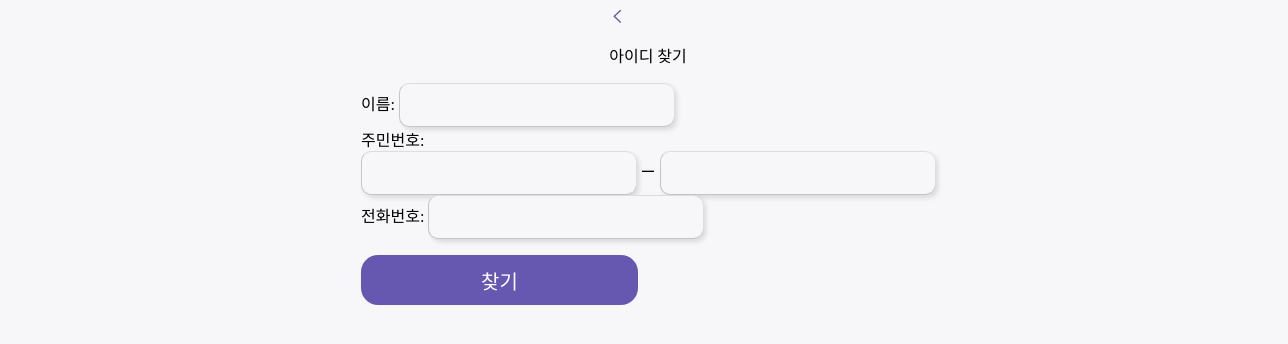
Repository: PEPI-dev/UI
Page: find_id_pw/findId.html
These files come from the project's save history. The page is drawn as it stood at one moment and after the next save; the edit follows.
The browser window is 1280 px wide. The page is 1288 px wide, so the pictures cover 1288 px, including what lies to the right of the window. The pictures show the whole page.
Some web fonts or font styles are not loaded; a fallback is used.

Above is the page before, as saved 2023-12-05 16:15:34.

After the next save:
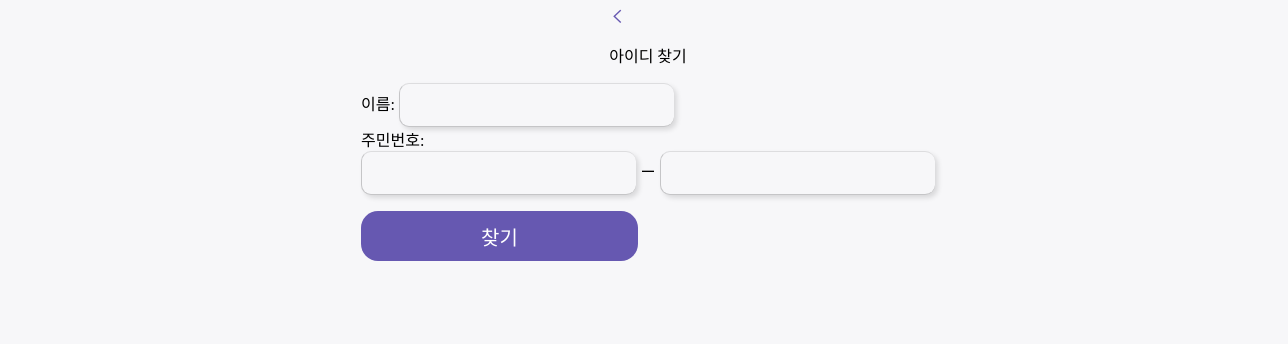
Saved 6 min 47 s later.
--- a/find_id_pw/findId.html
+++ b/find_id_pw/findId.html
@@ -29,11 +29,6 @@
                 <input class="field" id="rrn2" type="password">
             </div>
 
-            <div class="input_form">
-                <label for="tel">전화번호:</label>
-                <input class="field" type="tel" id="tel">
-            </div>
-
             <p><button class="search">찾기</button></p>
         </form>
     </div>
